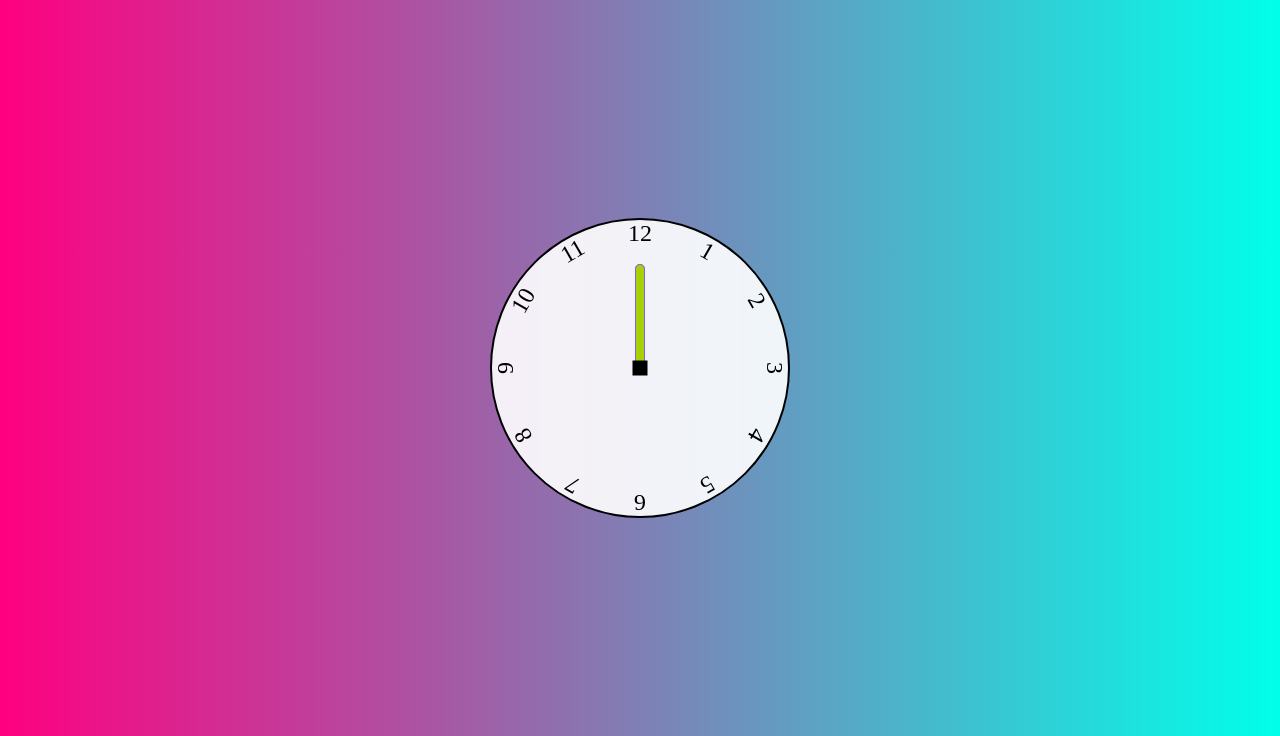
Repository: Okwahi/my-clock
Page: clock.html
The author's editor kept a copy of each file at every save. The page is drawn from the files as they stood at one save, then again after the next save.
The browser window is 1280 px wide. The pictures show the whole page.

Above is the page before, as saved 2023-04-14 11:21:37.

After the next save:
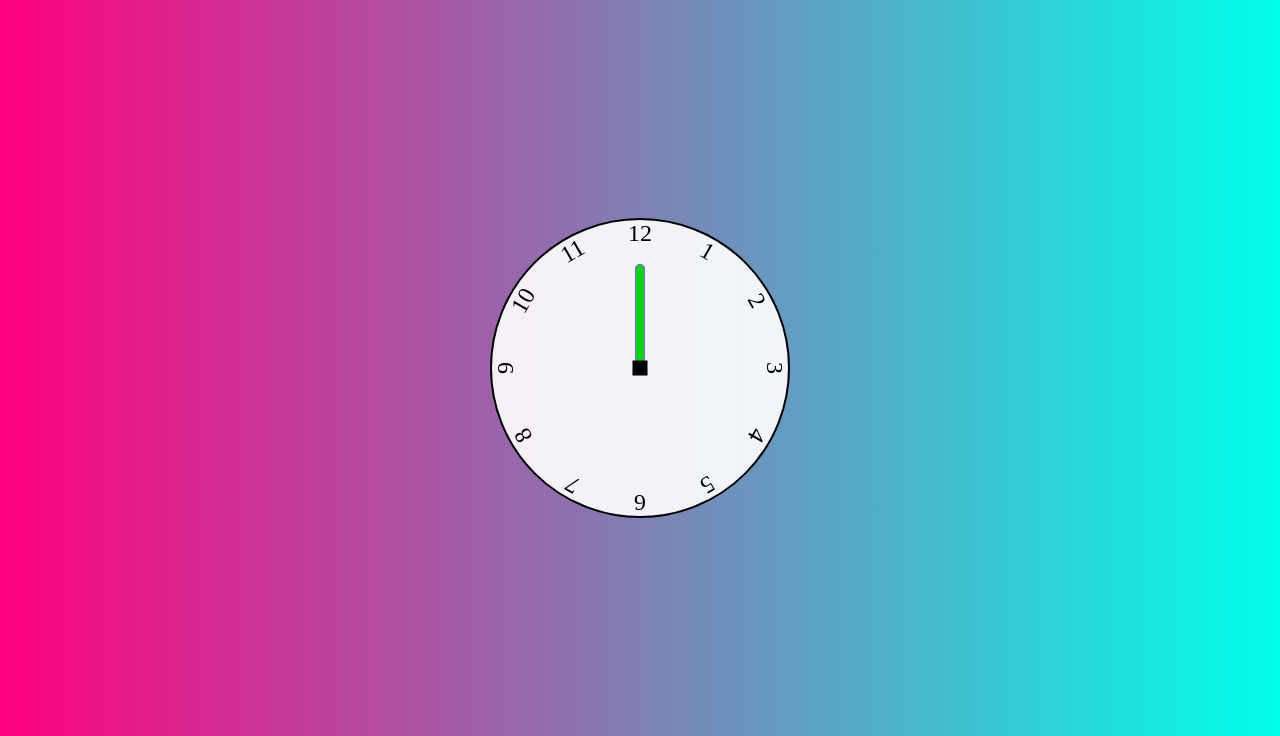
Saved 97 s later.
--- a/clock.css
+++ b/clock.css
@@ -86,5 +86,5 @@ body{
 .clock .hand.hour {
     width: 10px;
     height: 35%;
-    background-color: rgb(166, 209, 9);
+    background-color: rgb(9, 209, 26);
 }
